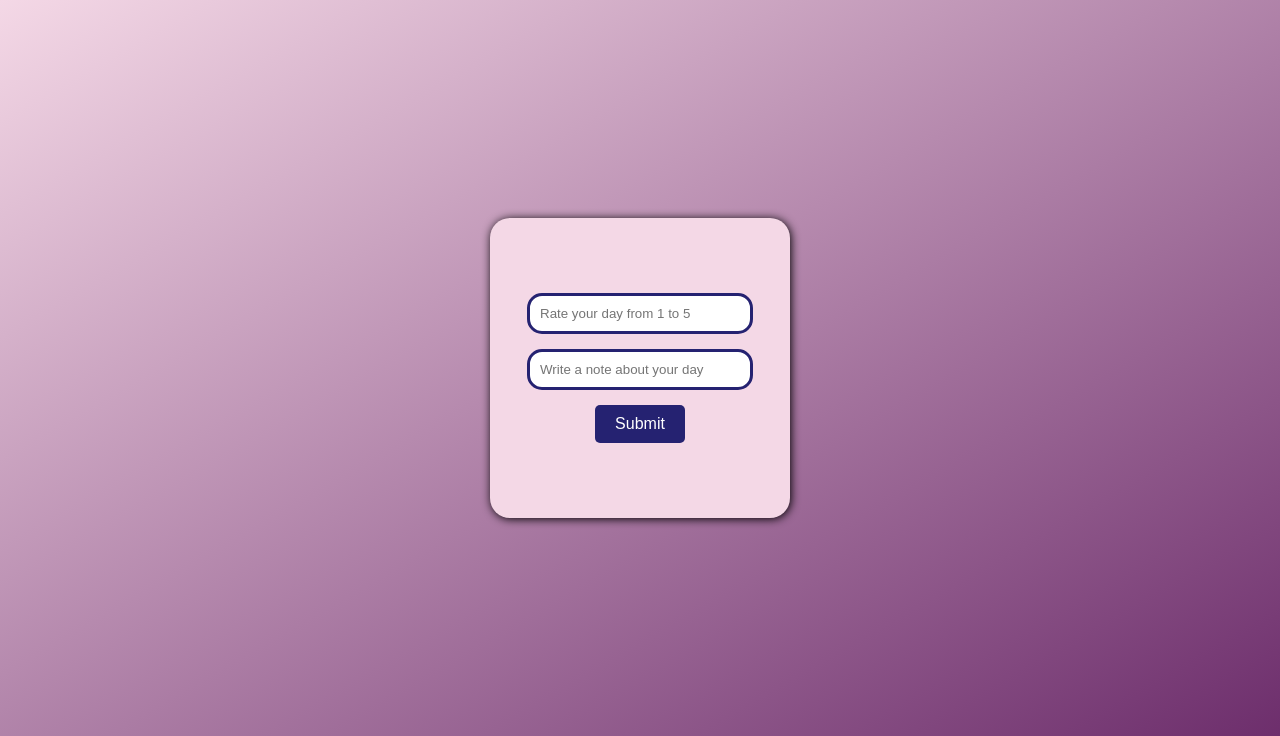
Repository: elenav24/RateMyDay
Page: frontend/index.html
The author's editor kept a copy of each file at every save. The page is drawn from the files as they stood at one save, then again after the next save.
The browser window is 1280 px wide. The pictures show the whole page.

Above is the page before, as saved 2025-05-15 01:38:37.

### frontend/index.html
<!DOCTYPE html>

<html lang="en">
    <head>
        <meta charset="utf-8">
        <title>Rate My Day!</title>
        <meta name="description" content="Welcome to Rate My Day!">
        <meta name="viewport" content="width=device-width, initial-scale=1">
        <link rel="stylesheet" href="style.css">
    </head>
    <body>
        <div class="container">
            <input type="text" id="rating" placeholder="Rate your day from 1 to 5">
            <input type="text" id="note" placeholder="Write a note about your day">
            <button id="submit">Submit</button>
        </div>

        <script src="script.js" defer></script>
    </body>
</html>

### frontend/style.css
body {
    display: flex;
    justify-content: center;
    align-items: center;
    height: 100vh;
    background: linear-gradient(to right bottom, #f4d8e6, #6d2e6c);
}

.container {
    display: flex;
    flex-direction: column;
    align-items: center;
    justify-content: center;
    width: 300px;
    height: 300px;
    box-shadow: 1px 1px 10px #000;
    border-radius: 20px;
    background-color: #f4d8e6;
}

#rating, #note {
    border: 3px solid #252271;
    border-radius: 15px;
    width: 200px;
    padding: 10px;
    padding-left: 10px;
    margin-bottom: 15px;
}

#submit {
    background-color: #252271;
    color: white;
    border: none;
    border-radius: 5px;
    padding: 10px 20px;
    cursor: pointer;
    font-size: 16px;
}

### frontend/script.js
document.addEventListener('DOMContentLoaded', () => {
    const button = document.getElementById('submit');
    const rating = document.getElementById('rating');
    const note = document.getElementById('note');

    button.addEventListener('click', async () => {
        const ratingValue = parseInt(rating.value);
        const noteValue = note.value;

        if (isNaN(ratingValue) || ratingValue < 1 || ratingValue > 5) {
            alert('Please enter a valid rating between 1 and 5.');
            return;
        }

        const payload = {
            rating: ratingValue,
            note: noteValue
        };

        try {
            const response = await fetch('http://localhost:8000/rate', {
                method: 'POST',
                headers: {
                    'Content-Type': 'application/json'
                },
                body: JSON.stringify(payload)

            });

            const data = await response.json();
            alert(data.message);



        } catch (error) {
            console.error('Submission Error:', error);
            alert('An error occurred while submitting your rating.');
        }

        // Clear the input fields after submission
        rating.value = '';
        note.value = '';

    });

});

After the next save:
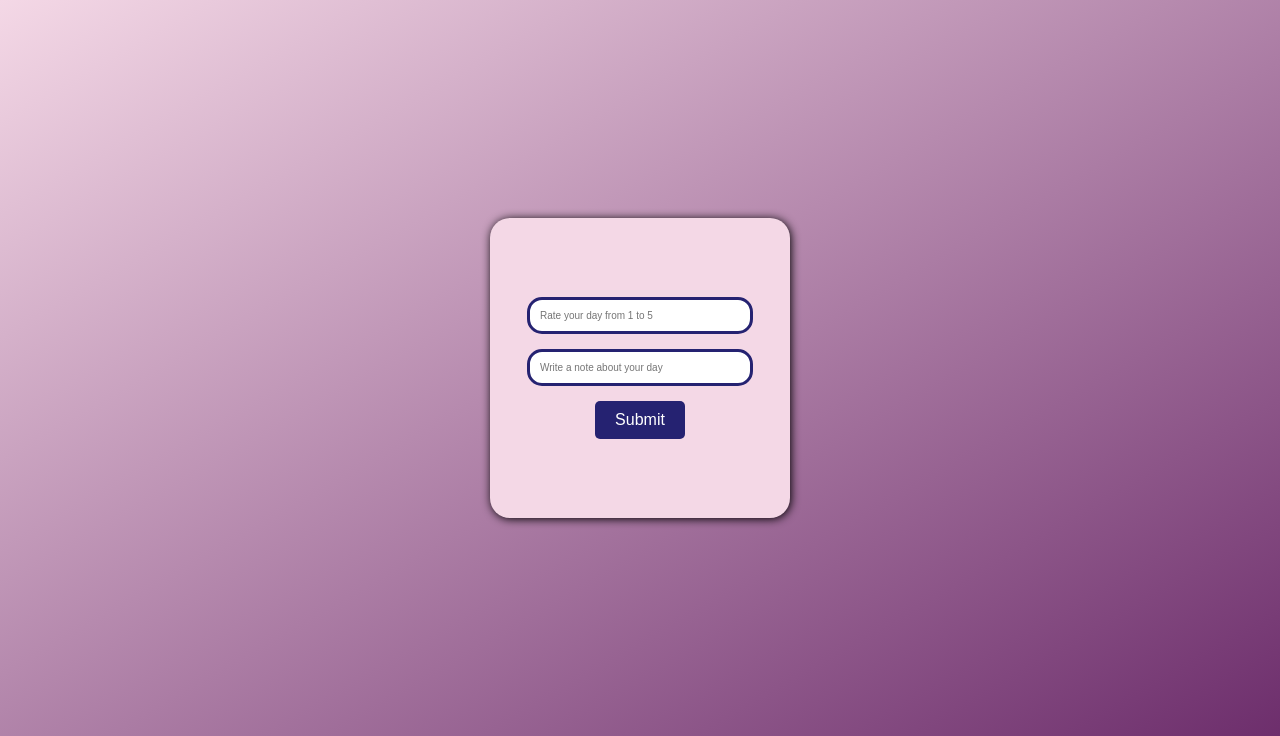
Saved 8 s later.
--- a/frontend/style.css
+++ b/frontend/style.css
@@ -25,6 +25,7 @@ body {
     padding: 10px;
     padding-left: 10px;
     margin-bottom: 15px;
+    font-size: 10px;
 }
 
 #submit {
